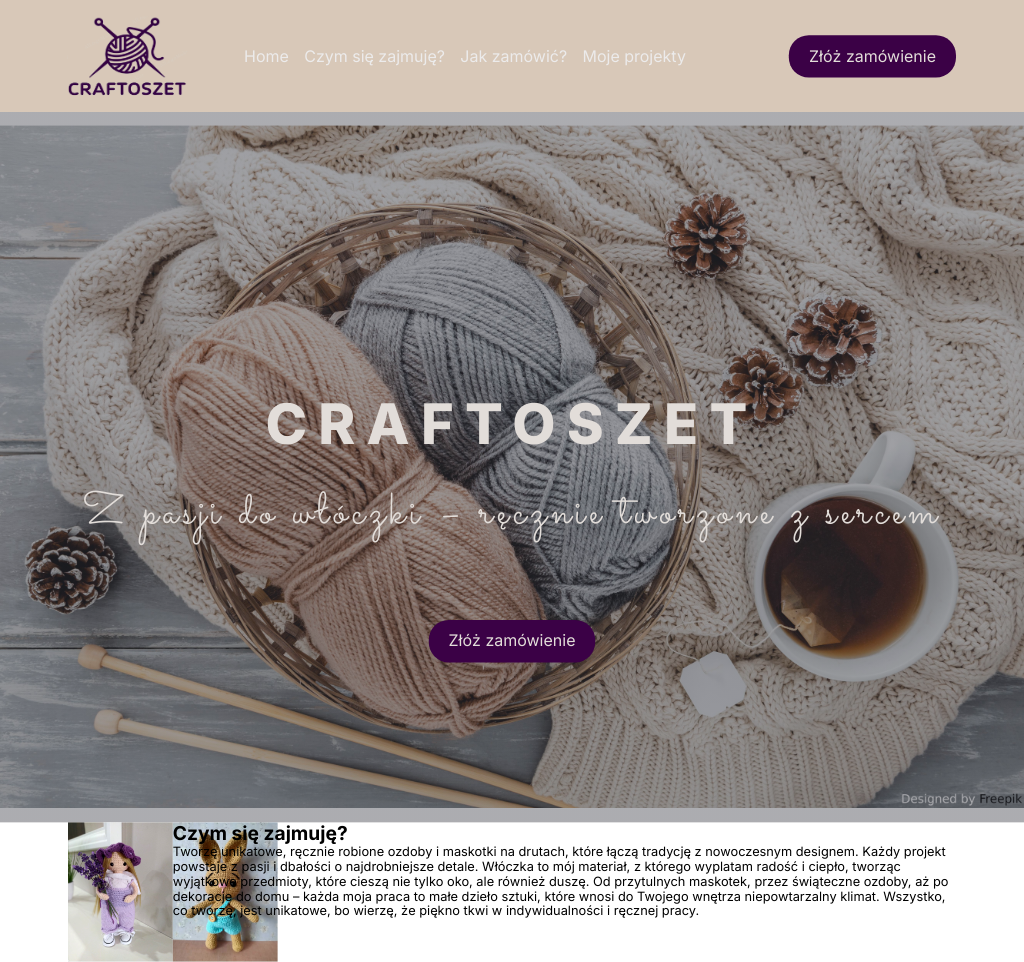
Repository: KlaudiaK0205/Craftoszet
Page: index.html
The author's editor kept a copy of each file at every save. The page is drawn from the files as they stood at one save, then again after a run of saves.
The browser window is 1280 px wide. The pictures show the whole page, at 80% of full size.
Some web libraries are served in a nearby version. The style sheet was rebuilt from its Sass, Less or Tailwind sources for each picture, by a compiler version that may differ from the author's.

Above is the page before, as saved 2024-10-06 12:40:06.

After the next 2 saves:
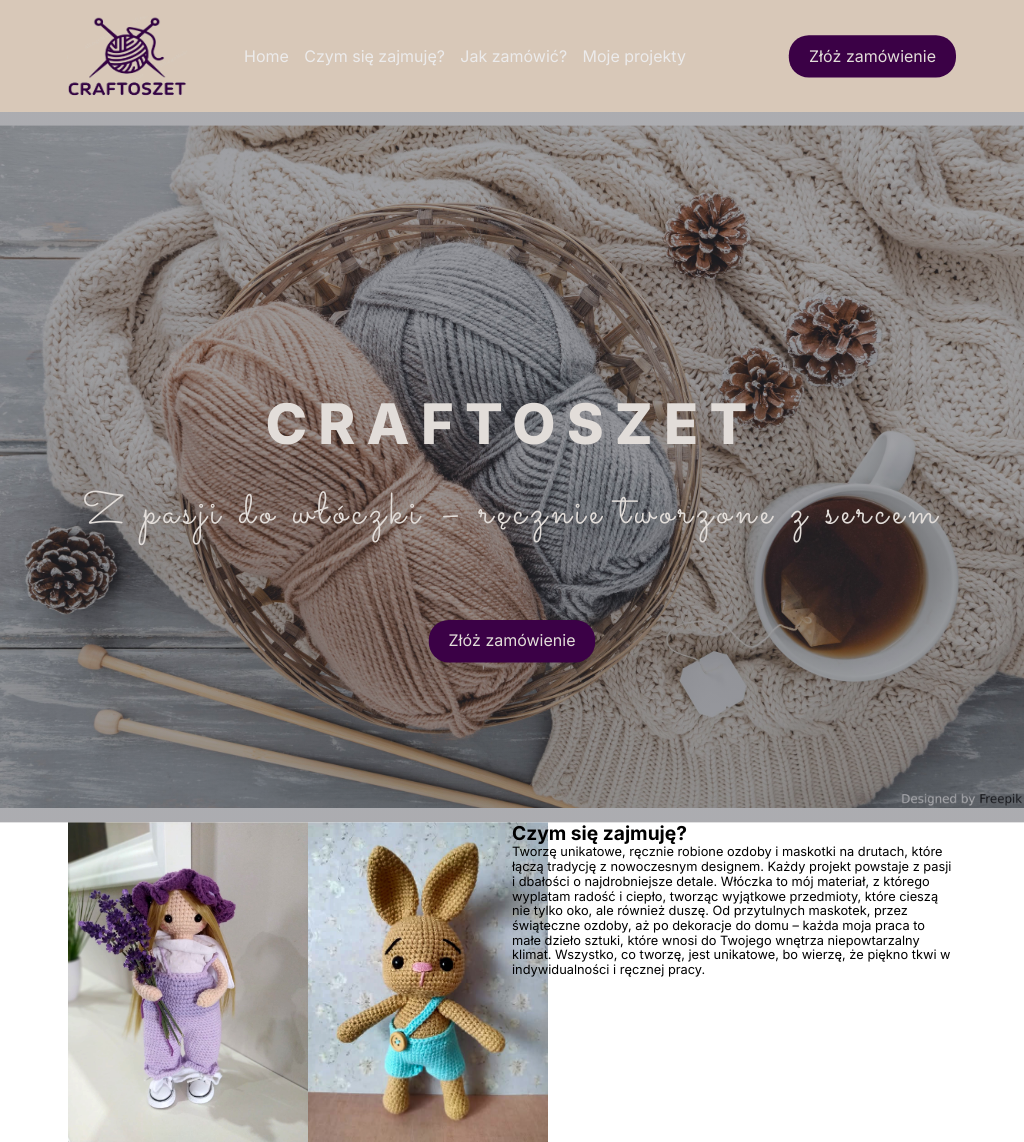
The 2 saves are shown as one change because they came seconds apart.
The last was saved 71 s later.
--- a/sass/layout/_whatIDo.scss
+++ b/sass/layout/_whatIDo.scss
@@ -2,7 +2,12 @@
 }
 
 .whatIDo .container {
-    display: flex;
+    display: grid;
+  grid-template-columns: 1fr 1fr;
+  grid-template-rows: 1fr;
+  gap: 0px 0px;
+  grid-template-areas:
+    "images whatIDo";
 }
 .whatIDo-images {
     display: flex;
